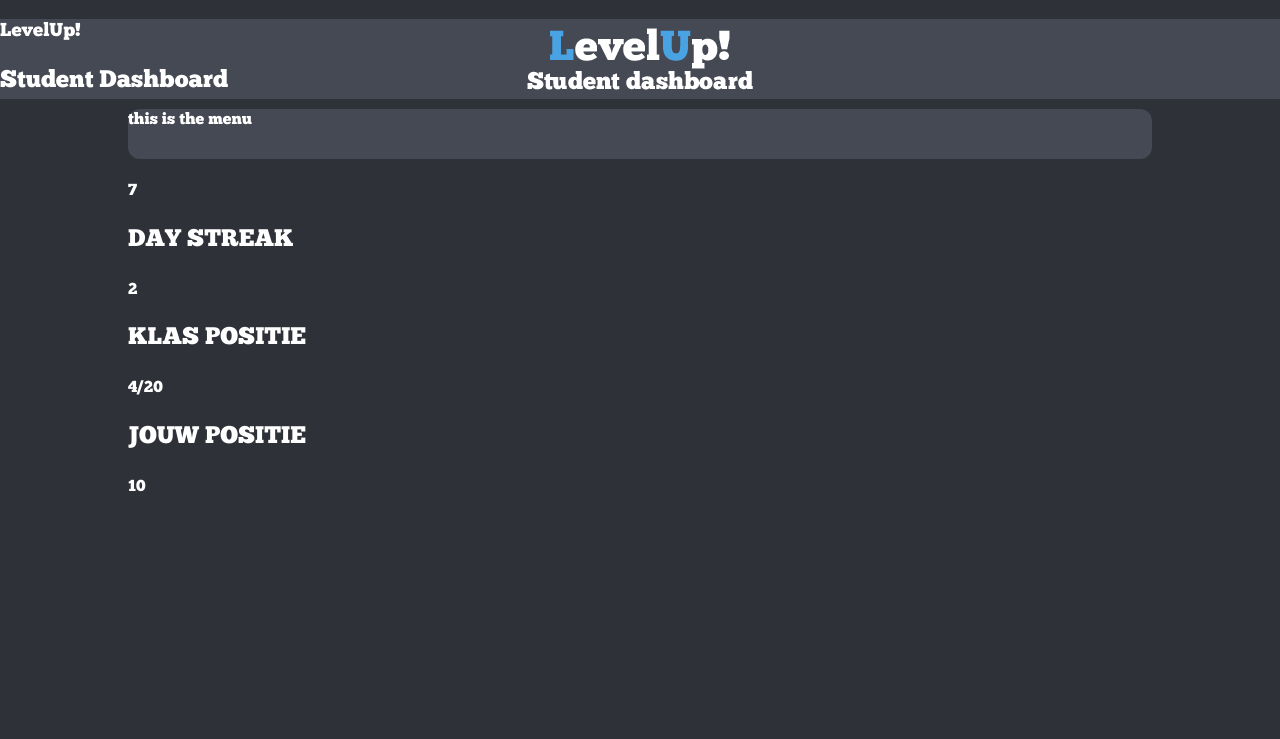
Repository: boblanckenburg/levelup
Page: website/src/index.html
These files come from the project's save history. The page is drawn as it stood at one moment and after a run of saves; the edit follows.
The browser window is 1280 px wide. The pictures show the whole page.

Above is the page before, as saved 2014-09-17 19:01:02.

After the next 2 saves:
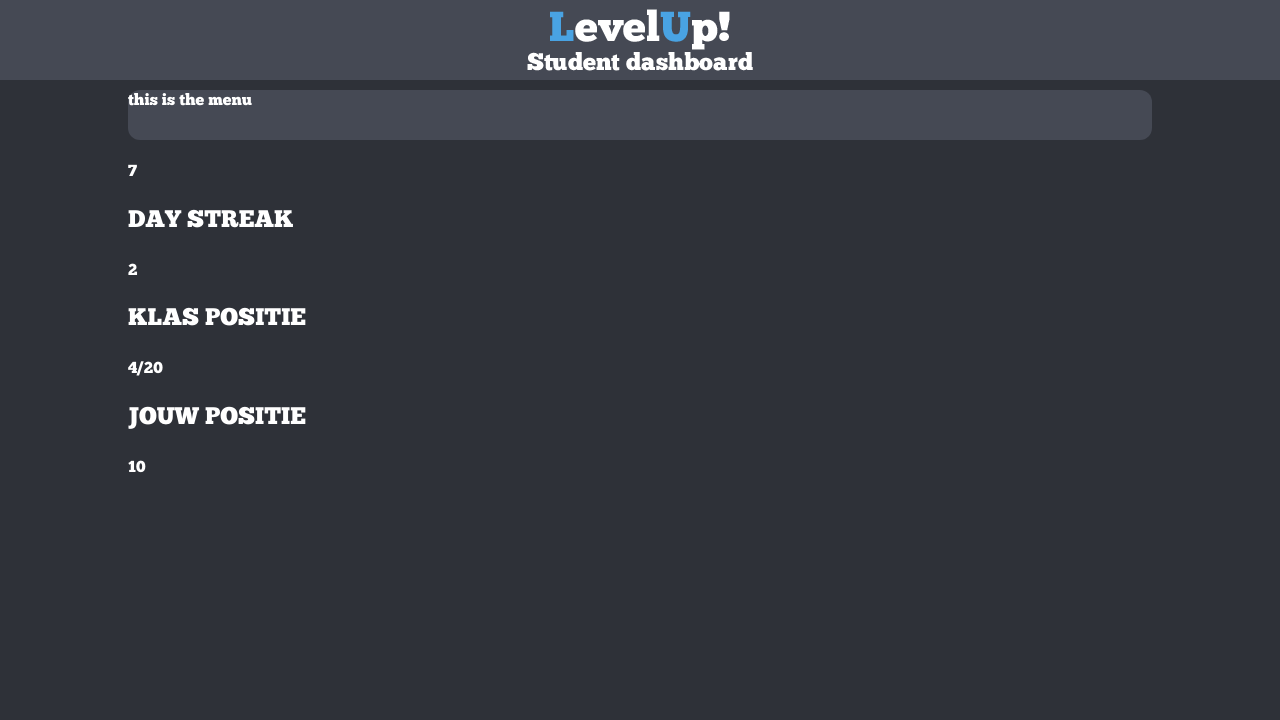
The 2 saves are shown as one change because they came seconds apart.
The last was saved 2 min 45 s later.
--- a/website/src/index.html
+++ b/website/src/index.html
@@ -19,10 +19,7 @@
         <![endif]-->
 
 		<section class="dashboard">
-			<section class="header">
-				<h1>LevelUp!</h1>
-				<h2>Student Dashboard</h2>
-			</section>
+			<section class="header"></section>
 			<section class="menu">
 				this is the menu
 			</section>
